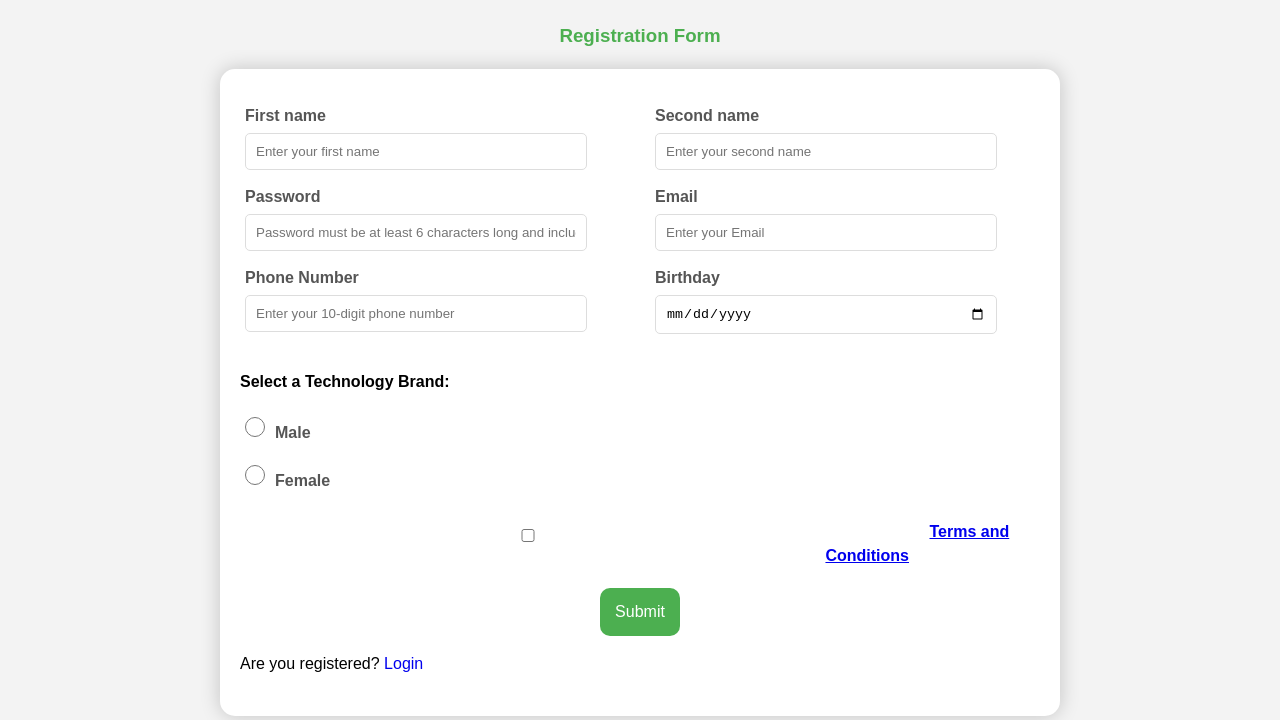
Repository: alizey12/Regestratin-Form-js
Page: regester.html
These files come from the project's save history. The page is drawn as it stood at one moment and after the next save; the edit follows.
The browser window is 1280 px wide. The pictures show the whole page.

Above is the page before, as saved 2024-11-29 20:38:09.

### regester.html
<!DOCTYPE html>
<html lang="en">
<head>
    <meta charset="UTF-8">
    <meta name="viewport" content="width=device-width, initial-scale=1.0">
    <link rel="stylesheet" href="regester.css">
    <title>Registration Form</title>
</head>
<body>
    <h3>Registration Form</h3>
    <div class="main">
        <form id="signupForm" action="">
            <div class="grid-container">
                <div>
                    <label for="username">First name</label>
                    <input type="text" id="username" name="username"
                           placeholder="Enter your first name"
                           required pattern="^[a-zA-Z0-9_]{3,15}$"
                           title="Username must be 3-15 characters long and can only contain letters, numbers, and underscores.">

                    <label for="password">Password</label>
                    <input type="password" id="password" name="password"
                           placeholder="Password must be at least 6 characters long and include one letter and one number."
                           required pattern="^(?=.*[A-Za-z])(?=.*\d)[A-Za-z\d]{6,}$"
                           title="Password must be at least 6 characters long and include one letter and one number.">

                    <label for="quantity">Phone Number</label>
                    <input type="text" id="quantity" name="quantity"
                           placeholder="Enter your 10-digit phone number"
                           required pattern="^\d{10}$"
                           title="Enter a valid 10-digit phone number.">
                </div>
                <div>
                    <label for="username">Second name</label>
                    <input type="text" id="username" name="username"
                           placeholder="Enter your second name"
                           required pattern="^[a-zA-Z0-9_]{3,15}$"
                           title="Username must be 3-15 characters long and can only contain letters, numbers, and underscores.">

                    <label for="email">Email</label>
                    <input type="email" id="email" name="email"
                           placeholder="Enter your Email"
                           required pattern="^[a-zA-Z0-9._%+-]+@[a-zA-Z0-9.-]+\.[a-zA-Z]{2,}$">

                    <label for="birthday">Birthday</label>
                    <input type="date" id="birthday" name="birthday" required>
                </div>
            </div>

            <p><b>Select a Technology Brand:</b></p>
            <div class="gen-rad">
                <label>
                    <input type="radio" id="Netflix" name="brand" value="Netflix">
                    Male
                </label>
                <label>
                    <input type="radio" id="Audi" name="brand" value="Audi">
                    Female
                </label>

            </div>

            <!-- <h3 class="heading">Your favourite language</h3>
            <label class="container">
                HTML
                <input type="checkbox" name="language" value="HTML">
            </label>
            <label class="container">
                CSS
                <input type="checkbox" name="language" value="CSS">
            </label>
            <label class="container">
                JavaScript
                <input type="checkbox" name="language" value="JavaScript">
            </label>
            <label class="container">
                React
                <input type="checkbox" name="language" value="React">
            </label> -->

            <div class="agree-term">
                <input type="checkbox" id="agree" name="agree" required />
                <label for="agree"
                  >I agree to the <a href="#">Terms and Conditions</a></label
                >
              </div>
            <div class="wrap">
                <button type="submit">Submit</button>
            </div>
        </form>
        <p>Are you registered?
            <a href="signin.html" style="text-decoration: none;">Login</a>
        </p>
    </div>
    <script src="Regester.js"></script>
</body>
</html>

### regester.css
body {
    display: flex;
    align-items: center;
    justify-content: center;
    font-family: sans-serif;
    line-height: 1.5;
    min-height: 100vh;
    background: #f3f3f3;
    flex-direction: column;
    margin: 0;
}

.main {
    background-color: #fff;
    border-radius: 15px;
    box-shadow: 0 0 20px rgba(0, 0, 0, 0.2);
    padding: 20px;
    transition: transform 0.2s;
    width: 800px;
}

h3 {
    color: #4CAF50;
    text-align: center;
}

label {
    display: block;
    margin-top: 10px;
    margin-bottom: 5px;
    text-align: left;
    color: #555;
    font-weight: bold;
}

input {
    display: block;
    width: 90%;
    margin-bottom: 15px;
    padding: 10px;
    box-sizing: border-box;
    border: 1px solid #ddd;
    border-radius: 5px;
}

button {
    padding: 15px;
    border-radius: 10px;
    margin-top: 15px;
    border: none;
    color: white;
    cursor: pointer;
    background-color: #4CAF50;
    font-size: 16px;
}

.wrap {
    display: flex;
    justify-content: center;
    align-items: center;
}

/* Grid container for organizing the form layout */
.grid-container {
    display: grid;
    grid-template-columns: 1fr 1fr;
    gap: 20px;
}

.grid-container div {
    padding: 5px;
}

/* Styling for the checkboxes and labels */
.container {
    display: flex;
    align-items: center; /* Center checkbox and label vertically */
    margin-bottom: 10px;
    font-size: 16px;
    cursor: pointer;
}

/* Styling for checkboxes */
.container input[type="checkbox"] {
    margin-right: 10px; /* Space between checkbox and label text */
    width: 20px;
    height: 20px;
    accent-color: #4CAF50; /* Green check color */
}

/* Styling for the radio button container */
.gen-rad {
    margin-top: 20px;
}

/* Align radio buttons and labels neatly */
.gen-rad label {
    display: flex;
    align-items: center;
    margin-bottom: 10px;
    font-size: 16px;
}

.gen-rad input[type="radio"] {
    margin-right: 10px; /* Space between radio button and label */
    width: 20px;
    height: 20px;
}

/* Styling for radio buttons */
.gen-rad p {
    font-weight: bold;
    color: #555;
}

.container label, .gen-rad label {
    font-size: 16px;
    color: #555;
}

/* Adding spacing between elements */
p {
    margin-bottom: 20px;
}

/* Hover and checked states for checkboxes */
.container:hover {
    background-color: #f0f0f0;
    padding: 5px;
    border-radius: 5px;
}

.container input[type="checkbox"]:checked {
    background-color: #4CAF50; /* Green when checked */
}

.checkmark {
    position: absolute;
    top: 0;
    left: 0;
    height: 25px;
    width: 25px;
    background-color: #eee;
}

.container:hover input ~ .checkmark {
    background-color: #ccc;
}

.container input:checked ~ .checkmark {
    background-color: #279e63;
}

.checkmark:after {
    content: "";
    position: absolute;
    display: none;
}

.container input:checked ~ .checkmark:after {
    display: block;
}

.container .checkmark:after {
    left: 9px;
    top: 5px;
    width: 5px;
    height: 10px;
    border: solid white;
    border-width: 0 3px 3px 0;
    transform: rotate(45deg);
}

.agree-term {
    display: flex;
    align-items: center;
    gap: 10px;
    margin-top: 10px;
}


.agree-term label {
    font-size: 16px;
    color: #fff;
}

### Regester.js
document.getElementById('signupForm').addEventListener('submit', function (event) {
    event.preventDefault(); // Prevent form submission

    // Get field values
    const username = document.getElementById('username').value;
    const email = document.getElementById('email').value;
    const password = document.getElementById('password').value;
    const quantity = document.getElementById('quantity').value;
    const birthday = document.getElementById('birthday').value;
    const gender = document.querySelector('input[name="gender"]:checked');
    const languages = Array.from(document.querySelectorAll('input[name="language"]:checked'))
                            .map(lang => lang.value);

    // Validate gender
    if (!gender) {
        alert('Please select your gender.');
        return;
    }

    // Validate at least one language is selected
    if (languages.length === 0) {
        alert('Please select at least one favourite language.');
        return;
    }

    // Log values in the console
    console.log('Username:', username);
    console.log('Email:', email);
    console.log('Password:', password);
    console.log('Phone Number:', quantity);
    console.log('Birthday:', birthday);
    console.log('Gender:', gender.value);
    console.log('Languages:', languages);

    // Show success message
    alert('Signup successful!');
});

After the next save:
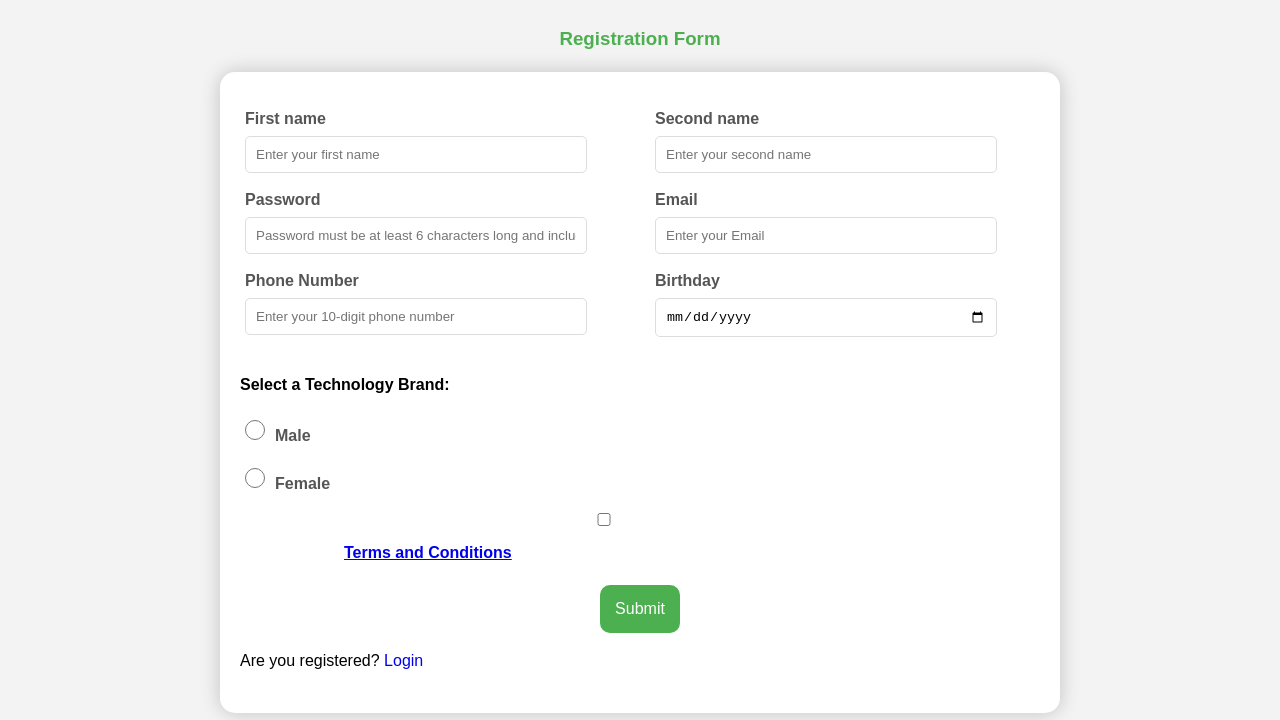
Saved 5 s later.
--- a/regester.css
+++ b/regester.css
@@ -171,12 +171,6 @@
     transform: rotate(45deg);
 }
 
-.agree-term {
-    display: flex;
-    align-items: center;
-    gap: 10px;
-    margin-top: 10px;
-}
 
 
 .agree-term label {

After the 2 saves that followed:
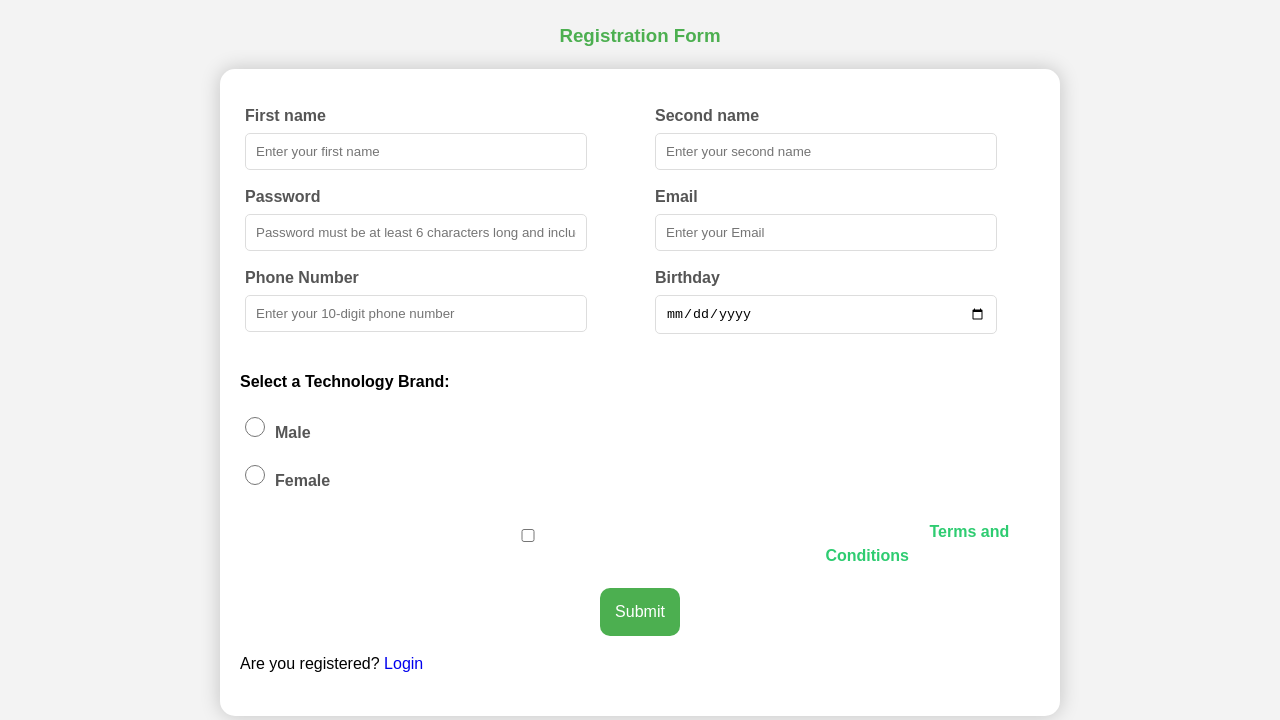
The 2 saves are shown as one change because they came seconds apart.
The last was saved 17 s later.
--- a/regester.css
+++ b/regester.css
@@ -171,9 +171,30 @@
     transform: rotate(45deg);
 }
 
-
+.agree-term {
+    display: flex;
+    align-items: center;
+    gap: 10px;
+    margin-top: 10px;
+}
+
+
+.box input[type="checkbox"] {
+    margin: 0;
+    padding: 0;
+    width: auto;
+}
 
 .agree-term label {
     font-size: 16px;
     color: #fff;
 }
+
+.agree-term a {
+    color: #2ecc71;
+    text-decoration: none;
+}
+
+.agree-term a:hover {
+    text-decoration: underline;
+}
